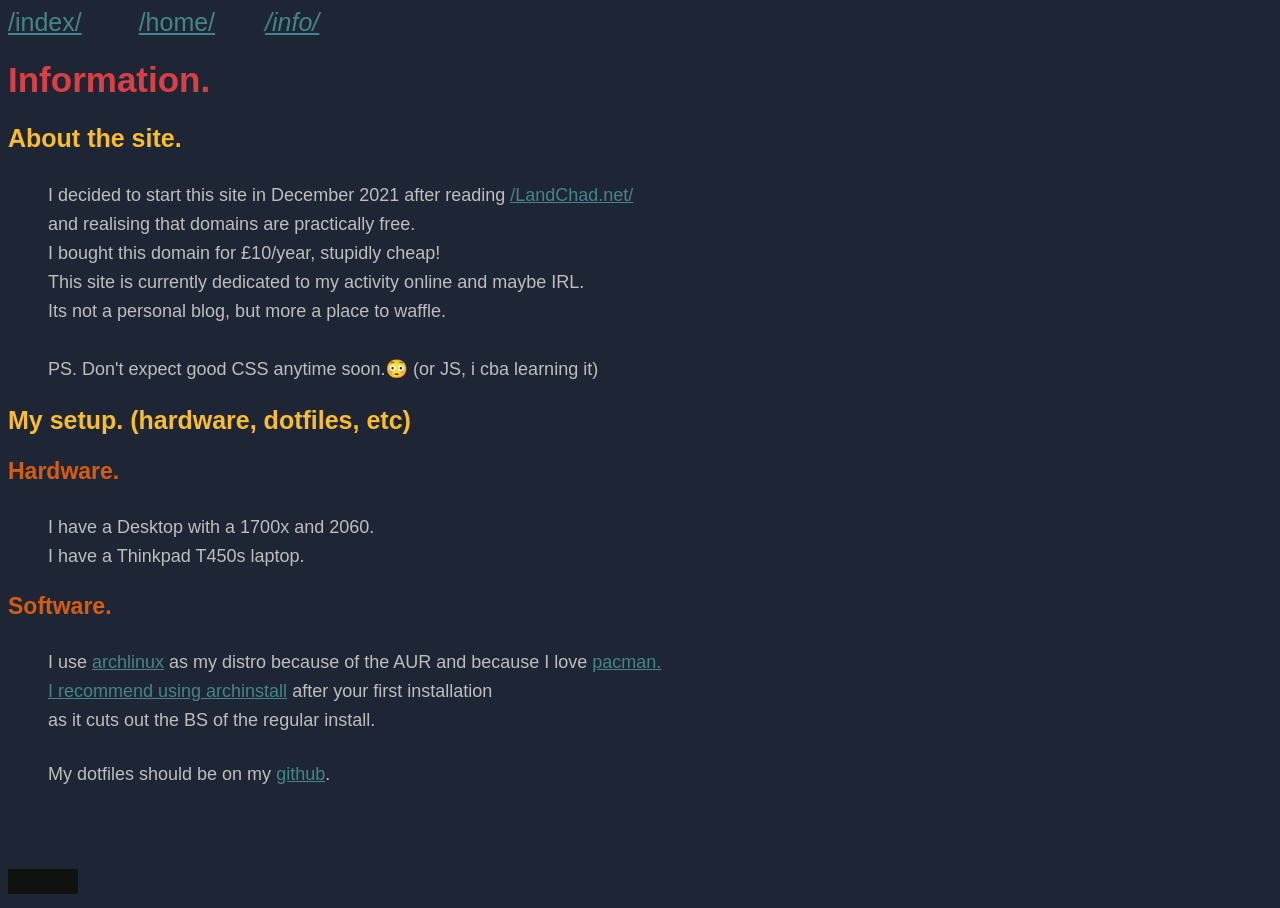
Repository: KieranCrossland/kierancrosslandxyz
Page: info.html
An editor plug-in stored every save of this project. The page is shown before and after the next save, followed by the edit.
The browser window is 1280 px wide. The pictures show the whole page.

Above is the page before, as saved 2022-06-19 02:24:04.

After the next save:
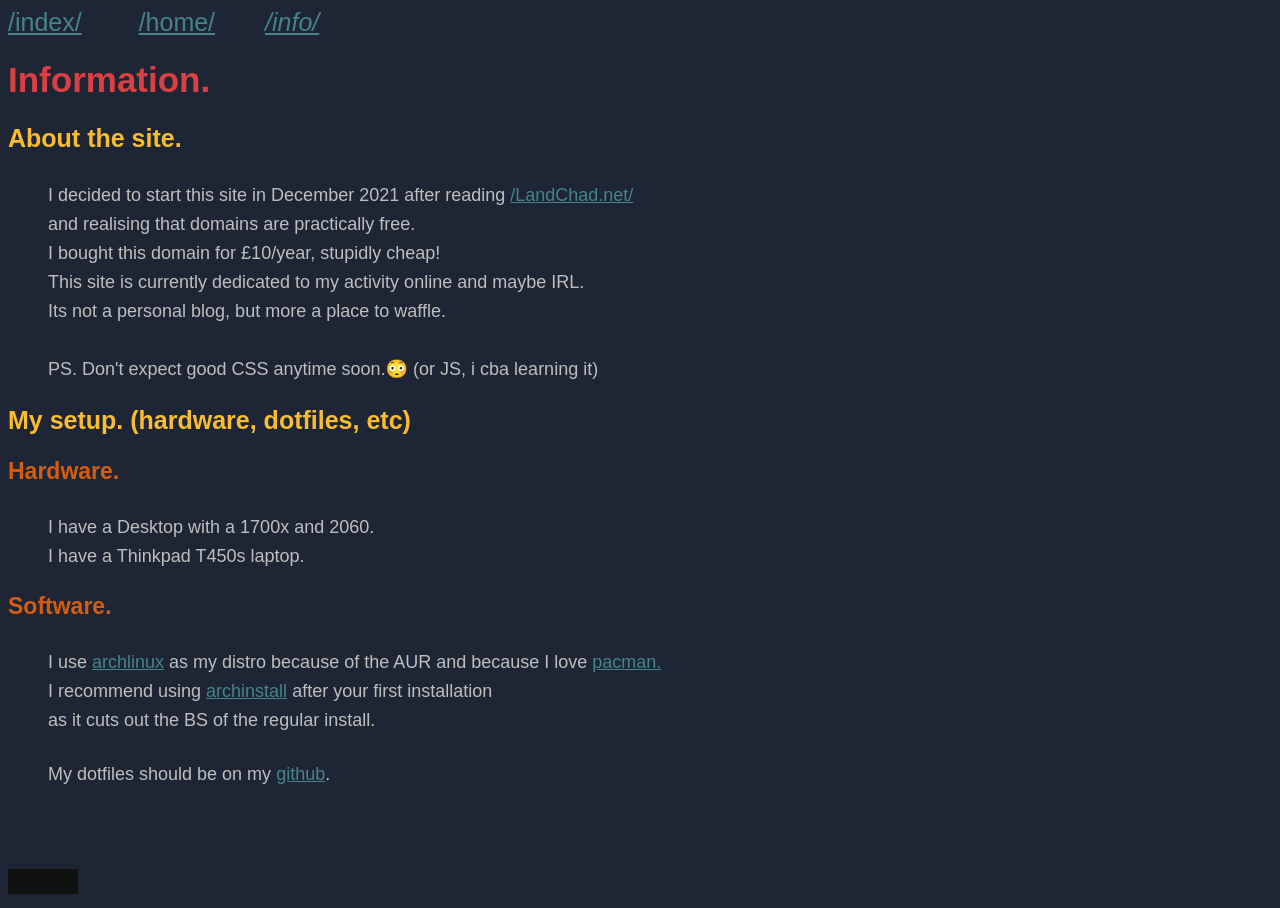
Saved 13 s later.
--- a/info.html
+++ b/info.html
@@ -85,7 +85,7 @@ h3 {
 <ul><p1>I have a Desktop with a 1700x and 2060.<br>I have a Thinkpad T450s laptop.</p1></ul>
 
 <h3>Software.</h3>
-<ul><p1>I use <a href="https://archlinux.org/" target="_blank">archlinux</a> as my distro because of the AUR and because I love <a href="https://wiki.archlinux.org/title/Pacman" target="_blank">pacman.<br> I recommend using <a href="https://wiki.archlinux.org/title/Archinstall" target="_blank">archinstall</a> after your first installation<br>as it cuts out the BS of the regular install. </p1></ul>
+<ul><p1>I use <a href="https://archlinux.org/" target="_blank">archlinux</a> as my distro because of the AUR and because I love <a href="https://wiki.archlinux.org/title/Pacman" target="_blank">pacman.</a><br> I recommend using <a href="https://wiki.archlinux.org/title/Archinstall" target="_blank">archinstall</a> after your first installation<br>as it cuts out the BS of the regular install. </p1></ul>
 <ul><p1>My dotfiles should be on my <a href="https://github.com/kierancrossland" target="_blank">github</a>.</p1></ul>
 <br><br><a href="https://landchad.net" target="_blank">
  <img src="img/landchad.gif" width="70px" height="25x" alt=""/>
